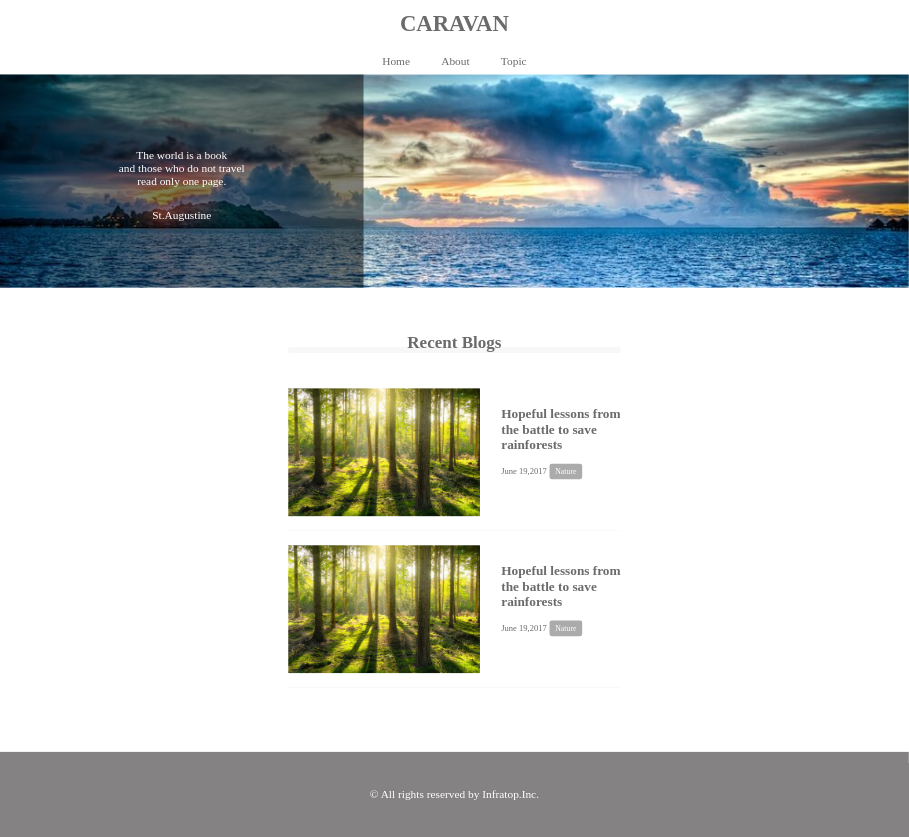
Repository: mitoma99/task4
Page: caravan/index.html
The author's editor kept a record of every edit. The page is drawn from the files as they stood at one moment, then again after the next edit.
The browser window is 1280 px wide. The pictures show the whole page, at 71% of full size.

Above is the page before.

### caravan/index.html
<!DOCTYPE html>
<html lang="ja">
  <head>
    <meta charset="UTF-8"/>
    <link rel="stylesheet" href="style.css"/>
    <title>CARAVAN</title>
  </head>


<body>
  <header>
    <h1 class="heading">
      <a href="index.html">
        CARAVAN
      </a>
    </h1>
  </header>

  <nav>
    <ul class="nav-list">
      <li class="nav-list-item">
        <a href="index.html">Home</a>
      </li>
      <li class="nav-list-item">About</li>
      <li class="nav-list-item">Topic</li>
    </ul>
  </nav>

  <div class="main-visual">
    <div class="main-visual-content">
      <p class="main-visual-text">
        The world is a book<br/>
        and those who do not travel<br/>
        read only one page.
      </p>
      <p class="main-visual-name">
        St.Augustine
      </p>
    </div>
  </div>

  <main>
    <section class="biog">
      <h2 class="blog-heading">Recent Blogs</h2>

      <div class="blog-box">
      <div class="blog-item">
        <img class="blog-image" src="img/forest.jpg"/>
        <section class="blog-text">
          <h3 class="blog-text-heading">
            <a href="single.html">
              Hopeful lessons from<br>
              the battle to save<br>
              rainforests
            </a>
          </h3>
          <p class="blog-date">June 19,2017</p>
          <span class="category">Nature</span>
        </section>
      </div>
      <div class="blog-item">
        <img class="blog-image" src="img/forest.jpg"/>
        <section class="blog-text">
          <h3 class="blog-text-heading">
            <a href="single.html">
              Hopeful lessons from<br>
              the battle to save<br>
              rainforests
            </a>
          </h3>
          <p class="blog-date">June 19,2017</p>
          <span class="category">Nature</span>
        </section>
        </div>


      </div>
    </section>
    <div class="sidebar"></div>
  </main>

  <footer>
    <p class="footer-text">© All rights reserved by Infratop.Inc.</p>
  </footer>
 </body>
</html>

### caravan/style.css
*{
  margin:0;
  padding:0;
  box-sizing:border-box;
  color:#6c6b6b;
}

a{
  text-decoration:none;
}

header{
  width:90%;
  padding:15px 0;
  margin:0 auto;
  text-align:center;
}

header.heading{
  font-size:32px;
}

.nav-list{
  text-align:center;
  padding:10px 0;
  margin:0 auto;
}

.nav-list-item{
  list-style:none;
  display:inline-block;
  margin:0 20px;
}

.main-visual{
  width:100%;
  height:300px;
  background-image:url(img/mv.jpg);
  background-size:cover;
  background-position:center;
}

.main-visual-content{
  width:40%;
  height:300px;
  background-color:rgba(0,0,0,0.5);
  text-align:center;
  padding-top:105px;
}

.main-visual-text{
  color:#fff;
}

.main-visual-name{
  margin-top:30px;
  color:#fff;
}

main{
  width:800px;
  display:flex;
  justify-content:center;
  margin:0 auto;
  padding:70px 0;
}

.blog{
  width:540px;
  margin-right:30px;
}

.blog-heading{
  border-bottom:8px solid #f7f7f7;
  text-align:center;
  line-height:0.6;
}

.blog-box{
  padding-top:50px;
}

.blog-item{
  padding-bottom:20px;
  margin-bottom:20px;
  border-bottom:1px solid #f7f7f7;
  display:flex;
  justify-content:flex-start;
}

.blog-image{
  height:180px;
}

.blog-text{
  padding:25px 0 0 30px;
}

.blog-text-heading{
  padding-bottom:15px;
}

.blog-date{
  font-size:12px;
  display:inline-block;
}

.category{
  display:inline-block;
  padding:5px 8px;
  background-color:#acabab;
  border-radius:3px;
  color:#fff;
  font-size:11px;
}

.sideber{
  width:230px;
}

footer{
  width:100%;
  height:120px;
  text-align:center;
  line-height:120px;
  background-color:#848282;
}

.footer-text{
  color:#fff;
}

After the next edit:
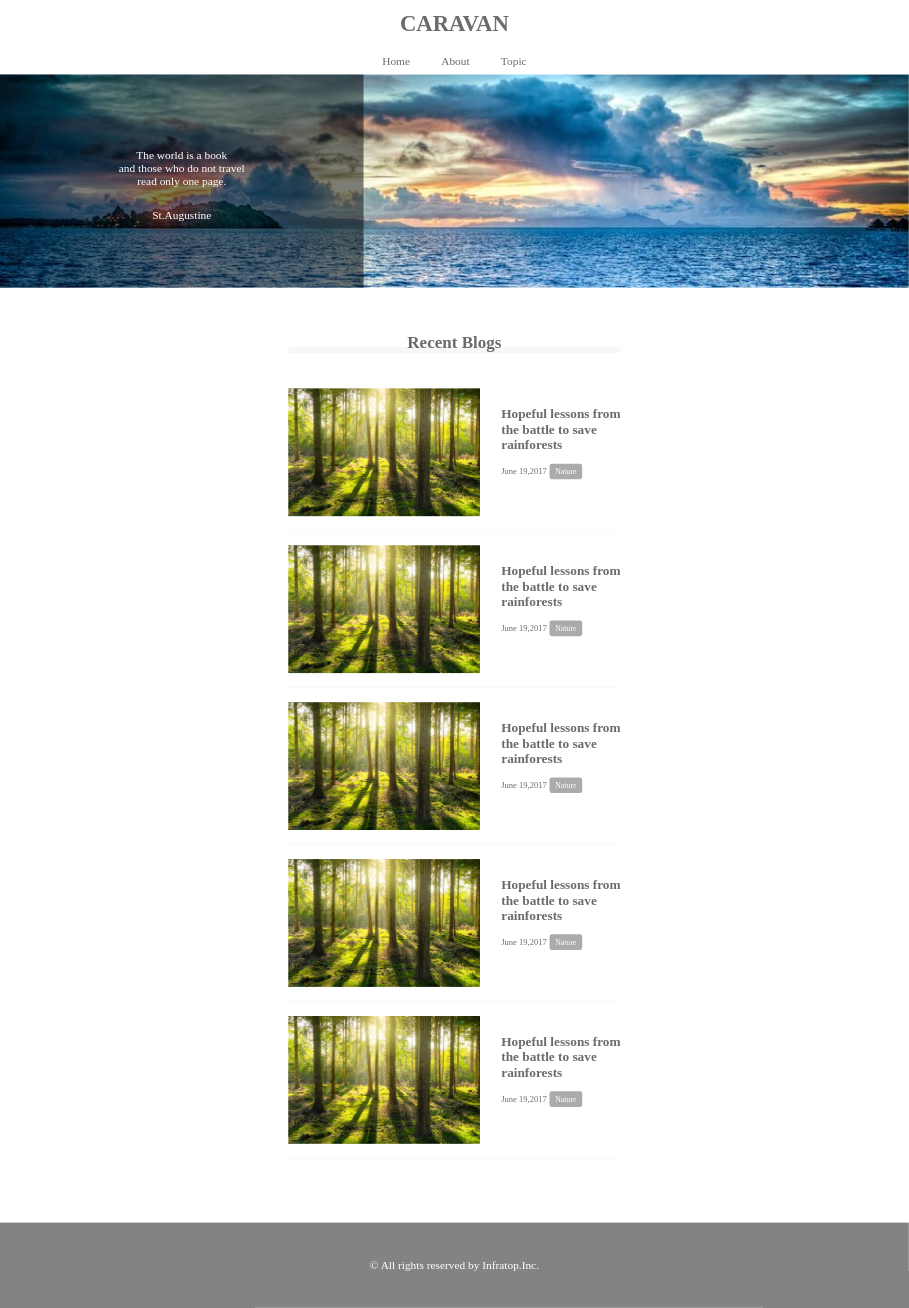
The edit:
--- a/caravan/index.html
+++ b/caravan/index.html
@@ -72,8 +72,48 @@
           <span class="category">Nature</span>
         </section>
         </div>
-
-
+         <div class="blog-item">
+        <img class="blog-image" src="img/forest.jpg"/>
+        <section class="blog-text">
+          <h3 class="blog-text-heading">
+            <a href="single.html">
+              Hopeful lessons from<br>
+              the battle to save<br>
+              rainforests
+            </a>
+          </h3>
+          <p class="blog-date">June 19,2017</p>
+          <span class="category">Nature</span>
+        </section>
+        </div>
+         <div class="blog-item">
+        <img class="blog-image" src="img/forest.jpg"/>
+        <section class="blog-text">
+          <h3 class="blog-text-heading">
+            <a href="single.html">
+              Hopeful lessons from<br>
+              the battle to save<br>
+              rainforests
+            </a>
+          </h3>
+          <p class="blog-date">June 19,2017</p>
+          <span class="category">Nature</span>
+        </section>
+        </div>
+         <div class="blog-item">
+        <img class="blog-image" src="img/forest.jpg"/>
+        <section class="blog-text">
+          <h3 class="blog-text-heading">
+            <a href="single.html">
+              Hopeful lessons from<br>
+              the battle to save<br>
+              rainforests
+            </a>
+          </h3>
+          <p class="blog-date">June 19,2017</p>
+          <span class="category">Nature</span>
+        </section>
+        </div>
       </div>
     </section>
     <div class="sidebar"></div>
